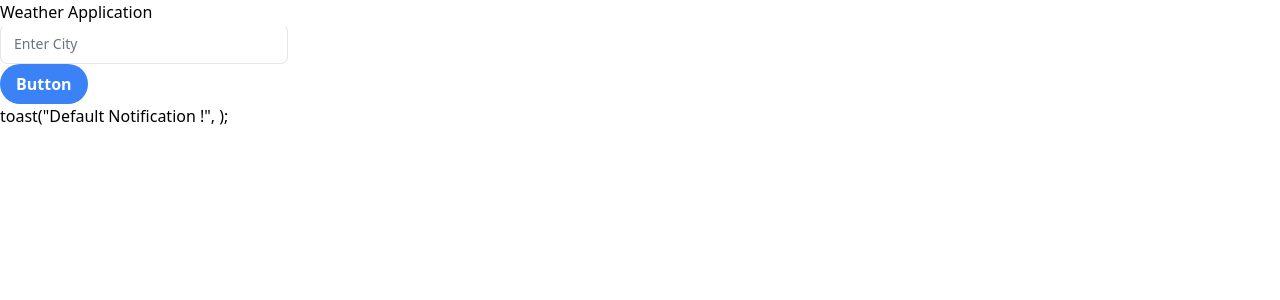
Repository: rajratangm/xweather
Page: /
An editor plug-in stored every save of this project. The page is shown before and after a run of saves, followed by the edit.
The browser window is 1280 px wide. The pictures show the whole page.
The project was rebuilt for these pictures with package versions that can differ from the ones it lists, and the page was loaded fresh each time. Also part of the build but not shown: src/App.css.

Above is the page before, as saved 2024-06-06 10:29:32.

After the next 2 saves:
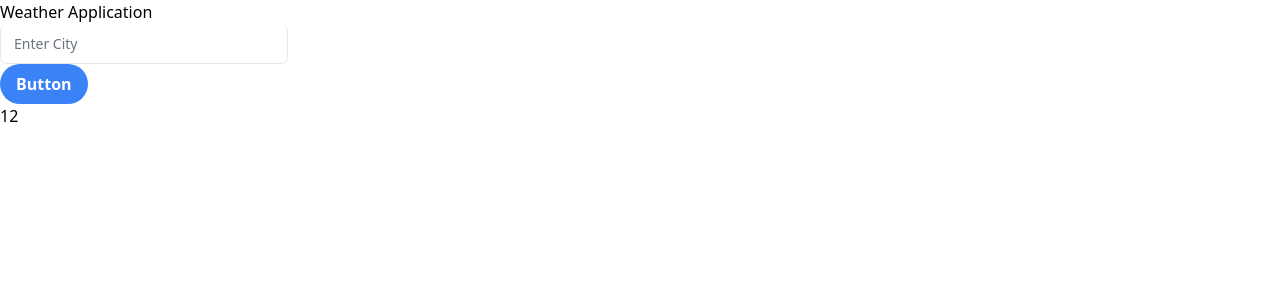
The 2 saves are shown as one change because they came seconds apart.
The last was saved 21 s later.
--- a/src/App.js
+++ b/src/App.js
@@ -71,7 +71,7 @@ const WeatherApp = () => {
         </button>
       </form>
       {loading && <p>Loading data...</p>}
-      toast("Default Notification !", {});
+      {toast("Default Notification !", {})}
       {weatherData.length > 0 && main && (
         <div className="weather-cards">
           {weatherData.map((weather, index) => (
